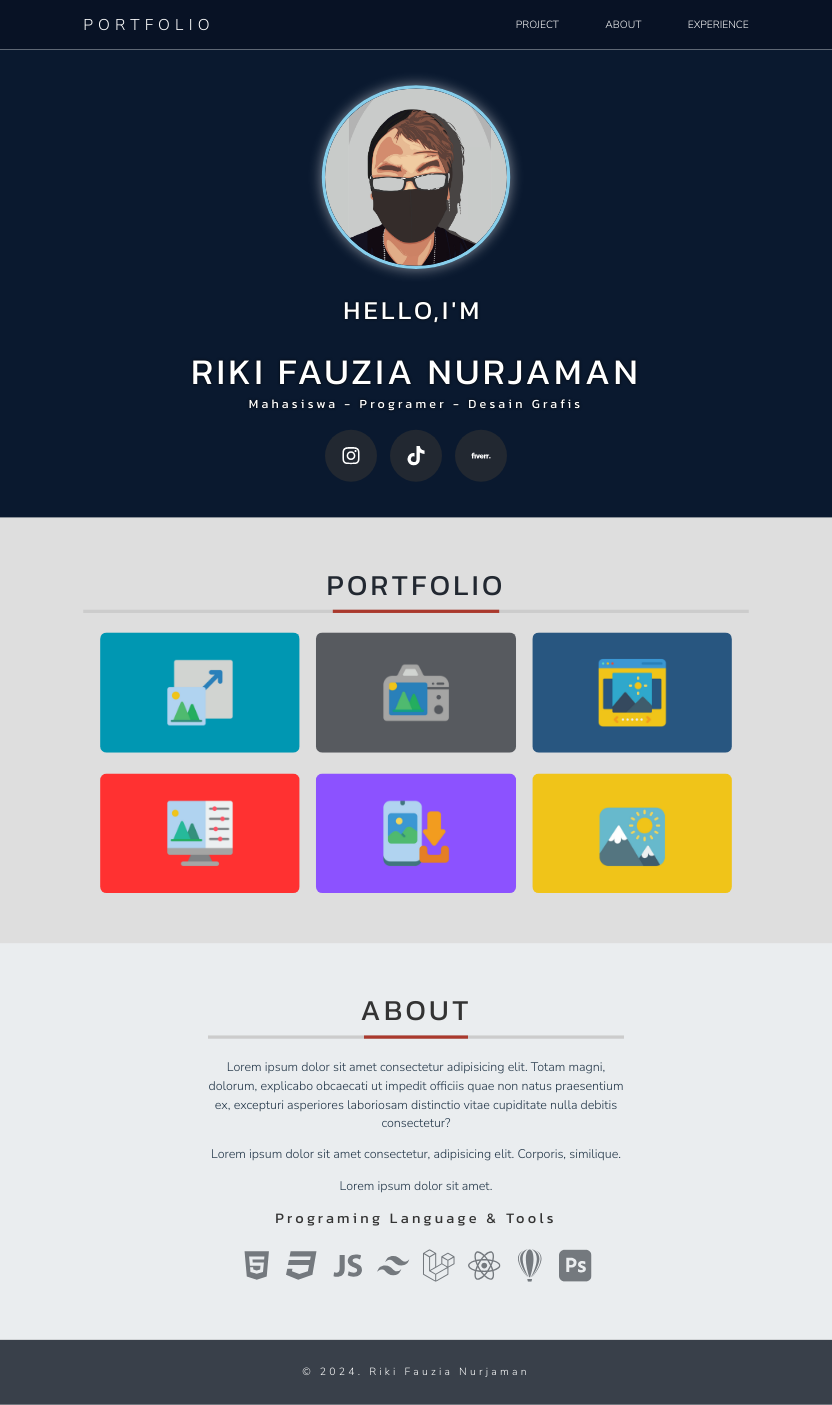
Repository: sellayspy/Portofolio
Page: /
An editor plug-in stored every save of this project. The page is shown before and after the next save, followed by the edit.
The browser window is 1280 px wide. The pictures show the whole page, at 65% of full size.
The project was rebuilt for these pictures with package versions that can differ from the ones it lists, and the page was loaded fresh each time. Also part of the build but not shown: vite.config.js, src/styles/DetailPortfolio.css, src/components/ScrollToTop.jsx, src/pages/DetailPortfolio.jsx, src/pages/PagesNotFound.jsx, src/pages/Experience.jsx.

Above is the page before, as saved 2024-09-14 08:23:05.

### index.html
<!DOCTYPE html>
<html lang="en">
  <head>
    <meta charset="UTF-8" />
    <link rel="icon" type="image/svg+xml" href="/vite.svg" />
    <meta name="viewport" content="width=device-width, initial-scale=1.0" />
    <title>Portofolio RikiFN</title>
  </head>
  <body>
    <div id="root"></div>
    <script type="module" src="/src/main.jsx"></script>
  </body>
</html>

### src/App.jsx
import "./App.css";
import Home from "./pages/Home";
import DetailPortfolio from "./pages/DetailPortfolio";

import { BrowserRouter, Routes, Route } from "react-router-dom";
import PagesNotFound from "./pages/PagesNotFound";
import Experience from "./pages/Experience";

const App = () => {
  return (
    <BrowserRouter>
      <Routes>
        <Route path="/" element={<Home />} />
        <Route path="/portfolio/:id" element={<DetailPortfolio />} />
        <Route path="/experince" element={<Experience />} />
        <Route path="/pages-not-found" element={<PagesNotFound />} />
        <Route path="*" element={<PagesNotFound />} />
      </Routes>
    </BrowserRouter>
  );
};

export default App;

### src/App.css
/* Global */
@import url("https://fonts.googleapis.com/css2?family=Nunito+Sans:opsz,wght@6..12,300&display=swap");
@import url("https://fonts.googleapis.com/css2?family=Kanit&display=swap");

html,
body {
  margin: 0px;
  padding: 0px;
  font-size: 16px;
  font-family: "Nunito Sans", sans-serif;
  scroll-behavior: smooth;
  background-color: #dedede;
}
.wrapper {
  width: 1024px;
  margin: auto;
  padding: 20px 0px 20px 0px;
}

section {
  padding: 50px 0px 50px 0px;
}

.wrapper > h3,
.wrapper > h1 {
  text-align: center;
  font-size: 2.8rem;
  margin: 0px 0px 30px 0px;
  padding: 0px;
  font-family: "Kanit", sans-serif;
  color: #222831;
  letter-spacing: 5px;
  text-transform: uppercase;
  border-bottom: 5px solid #cccccc;
}
.wrapper > h3::after,
.wrapper > h1::after {
  content: "";
  display: block;
  border-bottom: 5px solid #aa392d;
  width: 25%;
  position: relative;
  bottom: -5px; /* your padding + border-width */
  margin: auto;
}

@media only screen and (max-width: 1000px) {
  .wrapper {
    width: 80%;
  }
}

### src/pages/Home.jsx
import About from "../components/About";
import Footer from "../components/Footer";
import Header from "../components/Header";
import Navbar from "../components/Navbar";
import Portfolio from "../components/Portfolio";

function Home() {
  return (
    <>
      <Navbar />
      <Header />
      <Portfolio />
      <About />
      <Footer />
    </>
  );
}

export default Home;

### src/components/About.jsx
import { FaHtml5 } from "react-icons/fa";
import { IoLogoJavascript } from "react-icons/io";
import { FaCss3 } from "react-icons/fa";
import { FaLaravel } from "react-icons/fa";
import { FaReact } from "react-icons/fa";
import { RiTailwindCssFill } from "react-icons/ri";
import { SiCoreldraw } from "react-icons/si";
import { SiAdobephotoshop } from "react-icons/si";
import "../styles/About.css";

const About = () => {
  return (
    <section id="about">
      <div className="wrapper">
        <h3>About</h3>
        <p>
          Lorem ipsum dolor sit amet consectetur adipisicing elit. Totam magni,
          dolorum, explicabo obcaecati ut impedit officiis quae non natus
          praesentium ex, excepturi asperiores laboriosam distinctio vitae
          cupiditate nulla debitis consectetur?
        </p>
        <p>
          Lorem ipsum dolor sit amet consectetur, adipisicing elit. Corporis,
          similique.
        </p>
        <p>Lorem ipsum dolor sit amet.</p>
        <h4>Programing Language & Tools</h4>
        <div className="skills">
          <FaHtml5 />
          <FaCss3 />
          <IoLogoJavascript />
          <RiTailwindCssFill />
          <FaLaravel />
          <FaReact />
          <SiCoreldraw />
          <SiAdobephotoshop />
        </div>
      </div>
    </section>
  );
};

export default About;

### src/components/Footer.jsx
import "../styles/Footer.css";

const Footer = () => {
  return <footer>&copy; 2024. Riki Fauzia Nurjaman</footer>;
};

export default Footer;

### src/components/Header.jsx
import profilePicture from "../assets/test.png";
import { FaInstagram } from "react-icons/fa";
import { FaTiktok } from "react-icons/fa";
import { SiFiverr } from "react-icons/si";
import "../styles/Header.css";
const Header = () => {
  return (
    <header>
      <div className="header-jumbotron">
        <img src={profilePicture} />
        <h4>Hello,I'm</h4>
        <h3>Riki Fauzia Nurjaman</h3>
        <p>Mahasiswa - Programer - Desain Grafis</p>
        <div className="socialMedia">
          <a href="">
            <FaInstagram />
          </a>
          <a href="">
            <FaTiktok />
          </a>
          <a href="">
            <SiFiverr />
          </a>
        </div>
      </div>
    </header>
  );
};

export default Header;

### src/components/Navbar.jsx
import { FaBars } from "react-icons/fa6";
import { IoClose } from "react-icons/io5";
import "../styles/Navbar.css";
import { useState } from "react";
import { HashLink } from "react-router-hash-link";
import { Link } from "react-router-dom";

const Navbar = () => {
  const [statusTampil, setStatusTampil] = useState("");

  const tampilMenu = () => {
    if (statusTampil == "") {
      setStatusTampil("tampil");
    } else {
      setStatusTampil("");
    }
  };
  return (
    <nav>
      <div className="wrapper">
        <div className="logo">
          <Link to="/">Portfolio</Link>
        </div>
        <button onClick={tampilMenu}>
          {statusTampil == "" ? <FaBars /> : <IoClose />}
        </button>
        <div className={`menu ${statusTampil}`} onClick={tampilMenu}>
          <ul>
            <li>
              <HashLink to="/#portfolio">Project</HashLink>
            </li>
            <li>
              <HashLink to="/#about">About</HashLink>
            </li>
            <li>
              <Link to="/experince">Experience</Link>
            </li>
          </ul>
        </div>
      </div>
    </nav>
  );
};

export default Navbar;

### src/components/Portfolio.jsx
import { portfolioList } from "../data/DataPortfolio";

import { Link } from "react-router-dom";

import "../styles/Portfolio.css";

const Portfolio = () => {
  return (
    <section id="portfolio">
      <div className="wrapper">
        <h3>Portfolio</h3>
        <div className="grid">
          {portfolioList.map((item) => {
            return (
              <div className="item" key={item.id}>
                <Link to={`/portfolio/${item.id}`}>
                  <img src={item.image} />
                </Link>
              </div>
            );
          })}
        </div>
      </div>
    </section>
  );
};

export default Portfolio;

### src/data/DataPortfolio.jsx
import portfolio1 from "../assets/portfolio1.png";
import portfolio2 from "../assets/portfolio2.png";
import portfolio3 from "../assets/portfolio3.png";
import portfolio4 from "../assets/portfolio4.png";
import portfolio5 from "../assets/portfolio5.png";
import portfolio6 from "../assets/portfolio6.png";

export const portfolioList = [
  {
    id: "1",
    title: "Website Portofolio",
    image: portfolio1,
    skill: "html, css, javascript",
  },
  {
    id: "2",
    title: "Website Portofolio2",
    image: portfolio2,
    skill: "laravel, react, api, typescript, tailwind",
  },
  {
    id: "3",
    title: "Website Portofolio3",
    image: portfolio3,
    skill: "react, javascript, css, html",
  },
  {
    id: "4",
    title: "Website Portofolio4",
    image: portfolio4,
    skill: "reactjs, typescript, tailwind, nodejs",
  },
  {
    id: "5",
    title: "Desain Grafis Portofolio",
    image: portfolio5,
    skill: "adobephotoshop, coreldraw",
  },
  {
    id: "6",
    title: "Desain Grafis Portofolio2",
    image: portfolio6,
    skill: "adobephotoshop, coreldraw",
  },
];

### src/styles/About.css
#about {
  background-color: #eaedef;
  position: relative;
  font-size: 1.2rem;
}
#about > .wrapper {
  margin: auto;
  width: 50%;
}
#about > .wrapper > h3 {
  text-align: center;
  font-size: 2.8rem;
  margin: 0px 0px 30px 0px;
  padding: 0px;
  font-family: "Kanit", sans-serif;
  color: #333;
  letter-spacing: 5px;
  text-transform: uppercase;
}
#about > .wrapper > p {
  text-align: center;
}

#about > .wrapper > h4 {
  text-align: center;
  font-size: 1.4rem;
  margin: 0px 0px 20px 0px;
  padding: 0px;
  font-family: "Kanit", sans-serif;
  letter-spacing: 5px;
  color: #333;
}
.skills {
  text-align: center;
}
.skills > svg {
  display: inline-block;
  color: #74797e;
  width: 50px;
  height: auto;
  margin: 10px;
  cursor: pointer;
}

.skills > svg:hover {
  color: #aa392d;
}

@media only screen and (max-width: 1000px) {
  #about > .wrapper {
    width: 80%;
  }
}

### src/styles/Footer.css
footer {
  background-color: #39404a;
  text-align: center;
  line-height: 100px;
  color: #fff;
  letter-spacing: 5px;
}

### src/styles/Header.css
header {
  background-color: #0a192f;
  height: 100vh;
  background-position: center center;
  position: relative;
  font-family: "Kanit", sans-serif;
  letter-spacing: 5px;
  text-shadow: 0 0 4px #000;
}

.header-jumbotron {
  position: absolute;
  top: 0;
  left: 0;
  display: flex;
  width: 100%;
  height: 100%;
  justify-content: center;
  align-items: center;
  flex-direction: column;
  text-align: center;
}
.header-jumbotron > img {
  width: 280px;
  border: 5px solid skyblue;
  border-radius: 100%;
  box-shadow: 0px 0px 20px rgba(255, 255, 255, 0.5);
}

.header-jumbotron > h4 {
  color: #fff;
  margin: 30px 10px 0px 0px;
  padding: 0px;
  font-size: 2.5rem;
  line-height: 4rem;
  text-transform: uppercase;
}

.header-jumbotron > h3 {
  color: #fff;
  margin: 30px 0px 0px 0px;
  padding: 0px;
  font-size: 3.5rem;
  line-height: 4rem;
  text-transform: uppercase;
}

.header-jumbotron > p {
  padding: 5px;
  margin: 0px 5px 20px 5px;
  color: #fff;
  font-size: 1.2rem;
}
.socialMedia {
  color: #fff;
  display: flex;
  gap: 20px;
}

.socialMedia > a {
  background-color: #222831;
  color: #fff;
  width: 80px;
  height: 80px;
  border-radius: 50%;
  display: flex;
  justify-content: center;
  align-items: center;
}
.socialMedia > a > svg {
  height: 30px;
  width: auto;
}
.socialMedia > a:hover {
  background-color: #aa392d;
  box-shadow: 0px 0px 20px rgba(255, 255, 255, 0.5);
}

@media only screen and (max-width: 1000px) {
  .socialMedia > a {
    width: 60px;
    height: 60px;
  }

  .socialMedia > a > svg {
    height: 30px;
    width: auto;
  }
}

### src/styles/Navbar.css
nav {
  background-color: #081225;
  color: #fff;
  position: sticky;
  top: 0;
  z-index: 100;
  text-transform: uppercase;
}
nav > .wrapper {
  display: flex;
  justify-content: space-between;
  align-items: center;
}

.menu {
  width: 35%;
}

.logo {
  display: flex;
  align-items: center;
}
.logo > a {
  color: #fff;
  text-decoration: none;
  font-size: 1.5rem;
  font-weight: 900;
  letter-spacing: 8px;
}
.menu > ul {
  display: flex;
  list-style-type: none;
  margin: 0px;
  padding: 0px;
  justify-content: space-between;
  font-weight: bold;
}

.menu > ul > li:hover {
  border-bottom: 3px solid yellow;
}

.menu > ul > li > a {
  text-decoration: none;
  color: #fff;
}
nav > .wrapper > button {
  cursor: pointer;
  display: none;
  position: absolute;
  right: 10px;
  top: 10px;
  border: 0px;
  background-color: transparent;
  padding: 0px;
}
nav > .wrapper > button > svg {
  color: #fff;
  font-size: 50px;
}
@media only screen and (max-width: 1000px) {
  .menu > ul {
    display: none;
  }
  .menu.tampil > ul {
    display: inline;
  }
  .menu {
    text-align: right;
  }
  nav > .wrapper > button {
    display: inline;
  }
  .menu > ul {
    flex-direction: column;
    background-color: #060d1c;
    width: 100%;
    position: fixed;
    top: 70px;
    left: 0;
  }
  .menu > ul > li {
    text-align: left;
    cursor: pointer;
  }
  .menu > ul > li > a {
    display: inline-block;
    padding: 15px 20px 15px 50px;
    width: 100%;
  }
  .menu > ul > li > a:hover {
    background-color: #000;
  }
}

### src/styles/Portfolio.css
.grid {
  display: grid;
  grid-template-columns: 30% 30% 30%;
  grid-gap: 25px;
  justify-content: center;
}

.grid > .item > a > img {
  width: 100%;
  border-radius: 10px;
}

@media only screen and (max-width: 1000px) {
  .grid {
    grid-template-columns: 45% 45%;
  }
}

Loaded but not shown: src/main.jsx (common file); src/index.css (common file)

After the next save:
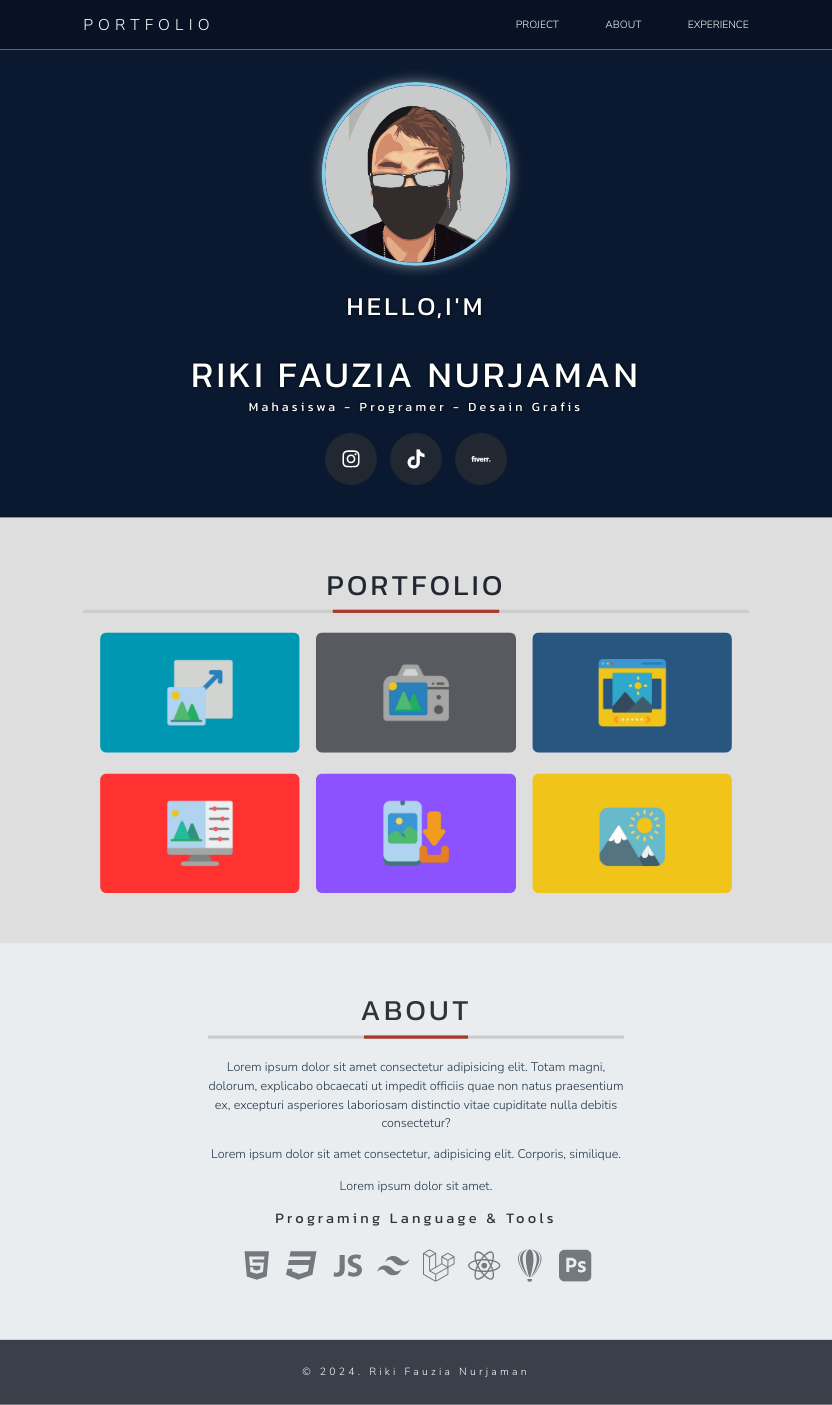
Saved 7 s later.
--- a/src/styles/Header.css
+++ b/src/styles/Header.css
@@ -29,7 +29,7 @@ header {
 
 .header-jumbotron > h4 {
   color: #fff;
-  margin: 30px 10px 0px 0px;
+  margin: 30px 0px 10px 0px;
   padding: 0px;
   font-size: 2.5rem;
   line-height: 4rem;
